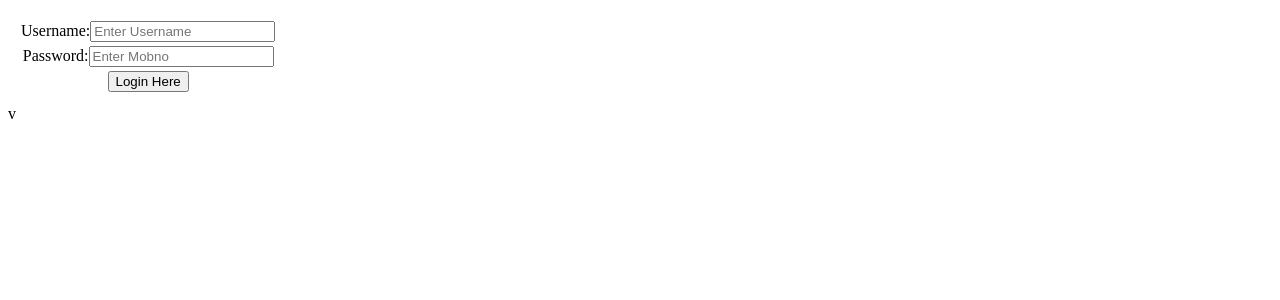
Repository: pdway/Adv-JAVA
Page: http://localhost/Car_insurance_system/
These files come from the project's save history. The page is drawn as it stood at one moment and after the next save; the edit follows.
The browser window is 1280 px wide. The pictures show the whole page.
The page is served by Tomcat 9. Other server files are loaded and not shown.

Above is the page before, as saved 2020-11-01 12:34:58.

### carinsys/Car_insurance_system/WebContent/index.jsp
<%@ page language="java" contentType="text/html; charset=ISO-8859-1"
    pageEncoding="ISO-8859-1"%>
<!DOCTYPE html>
<html>
<head>
<meta charset="ISO-8859-1">
<title>Login Form</title>
</head>
<body>
	<form action="login.htm" >
<table style="text-align: center; padding: 10px">
<tr><td>
Username:<input type="text" placeholder="Enter Username" name="AdminName" required="required">
</td>
</tr>
<tr><td>
Password:<input type="password" placeholder="Enter Mobno" name="AdminPass" required="required">
</td>
</tr>
<tr><td>
<button>Login Here</button>
</td>
</tr>
</form>
</table>v
</body>
</html>

After the next save:
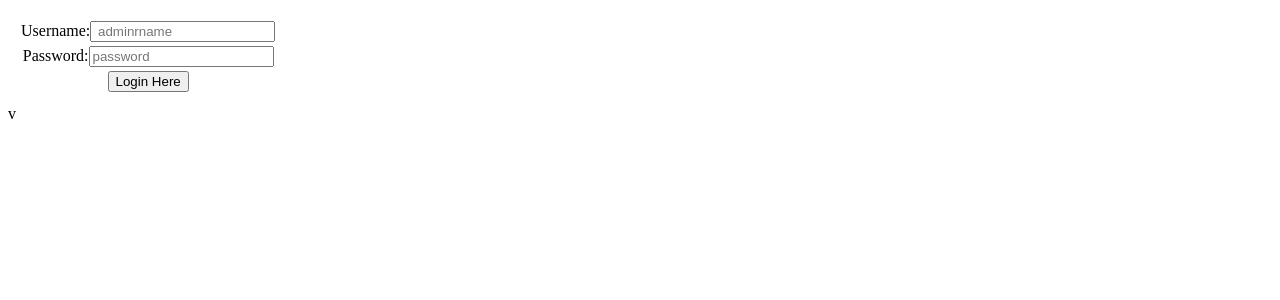
Saved 9 min 18 s later.
--- a/carinsys/Car_insurance_system/WebContent/index.jsp
+++ b/carinsys/Car_insurance_system/WebContent/index.jsp
@@ -10,11 +10,11 @@
 	<form action="login.htm" >
 <table style="text-align: center; padding: 10px">
 <tr><td>
-Username:<input type="text" placeholder="Enter Username" name="AdminName" required="required">
+Username:<input type="text" placeholder=" adminrname" name="AdminName" required="required">
 </td>
 </tr>
 <tr><td>
-Password:<input type="password" placeholder="Enter Mobno" name="AdminPass" required="required">
+Password:<input type="password" placeholder="password" name="AdminPass" required="required">
 </td>
 </tr>
 <tr><td>
